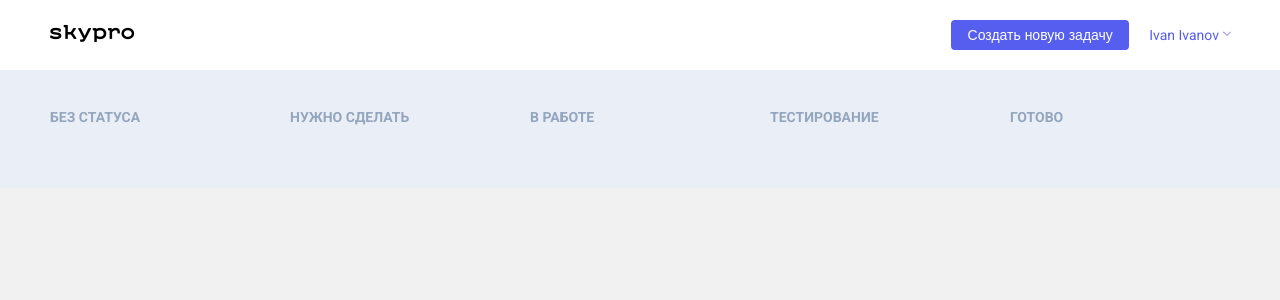
Repository: Olchik-resh/skypro-kanban
Page: /
These files come from the project's save history. The page is drawn as it stood at one moment and after the next save; the edit follows.
The browser window is 1280 px wide. The pictures show the whole page.
The project was rebuilt for these pictures with package versions that can differ from the ones it lists, and the page was loaded fresh each time. Also part of the build but not shown: vite.config.js, src/components/TaskCard.vue.

Above is the page before, as saved 2025-07-28 16:46:24.

### index.html
<!doctype html>
<html lang="">
  <head>
    <meta charset="UTF-8" />
    <link rel="icon" href="/public/favicon.ico" />
    <meta name="viewport" content="width=device-width, initial-scale=1.0" />
    <link rel="preconnect" href="https://fonts.googleapis.com" />
    <link rel="preconnect" href="https://fonts.gstatic.com" crossorigin />
    <link
      href="https://fonts.googleapis.com/css2?family=Roboto+Flex:opsz,wght@8..144,200;8..144,300;8..144,400;8..144,700;8..144,800;8..144,900&family=Roboto:wght@400;500;700&display=swap"
      rel="stylesheet"
    />
    <title>Skypro</title>
  </head>
  <body>
    <div id="app"></div>
    <script type="module" src="/src/main.js"></script>
  </body>
</html>

### src/views/HomeView.vue
<script setup>
import BaseHeader from '@/components/BaseHeader.vue'
import ExitModal from '@/components/ExitModal.vue'
import NewCardModal from '@/components/NewCardModal.vue'
import TaskDesk from '@/components/TaskDesk.vue'
import { onMounted, ref } from 'vue'

const loading = ref(true)
onMounted(() => {
  setTimeout(() => {
    loading.value = false
  }, 3000)
})
</script>

<template>
  <main>
    <div class="wrapper">
      <!-- pop-up start-->

      <div class="pop-exit" id="popExit">
        <ExitModal />
      </div>

      <div class="pop-new-card" id="popNewCard">
        <NewCardModal />
      </div>

      <div class="pop-browse" id="popBrowse">
        <div class="pop-browse__container">
          <div class="pop-browse__block">
            <div class="pop-browse__content">
              <div class="pop-browse__top-block">
                <h3 class="pop-browse__ttl">Название задачи</h3>
                <div class="categories__theme theme-top _orange _active-category">
                  <p class="_orange">Web Design</p>
                </div>
              </div>
              <div class="pop-browse__status status">
                <p class="status__p subttl">Статус</p>
                <div class="status__themes">
                  <div class="status__theme _hide">
                    <p>Без статуса</p>
                  </div>
                  <div class="status__theme _gray">
                    <p class="_gray">Нужно сделать</p>
                  </div>
                  <div class="status__theme _hide">
                    <p>В работе</p>
                  </div>
                  <div class="status__theme _hide">
                    <p>Тестирование</p>
                  </div>
                  <div class="status__theme _hide">
                    <p>Готово</p>
                  </div>
                </div>
              </div>
              <div class="pop-browse__wrap">
                <form class="pop-browse__form form-browse" id="formBrowseCard" action="#">
                  <div class="form-browse__block">
                    <label for="textArea01" class="subttl">Описание задачи</label>
                    <textarea
                      class="form-browse__area"
                      name="text"
                      id="textArea01"
                      readonly
                      placeholder="Введите описание задачи..."
                    ></textarea>
                  </div>
                </form>
                <div class="pop-new-card__calendar calendar">
                  <p class="calendar__ttl subttl">Даты</p>
                  <div class="calendar__block">
                    <div class="calendar__nav">
                      <div class="calendar__month">Сентябрь 2023</div>
                      <div class="nav__actions">
                        <div class="nav__action" data-action="prev">
                          <svg
                            xmlns="http://www.w3.org/2000/svg"
                            width="6"
                            height="11"
                            viewBox="0 0 6 11"
                          >
                            <path
                              d="M5.72945 1.95273C6.09018 1.62041 6.09018 1.0833 5.72945 0.750969C5.36622 0.416344 4.7754 0.416344 4.41218 0.750969L0.528487 4.32883C-0.176162 4.97799 -0.176162 6.02201 0.528487 6.67117L4.41217 10.249C4.7754 10.5837 5.36622 10.5837 5.72945 10.249C6.09018 9.9167 6.09018 9.37959 5.72945 9.04727L1.87897 5.5L5.72945 1.95273Z"
                            />
                          </svg>
                        </div>
                        <div class="nav__action" data-action="next">
                          <svg
                            xmlns="http://www.w3.org/2000/svg"
                            width="6"
                            height="11"
                            viewBox="0 0 6 11"
                          >
                            <path
                              d="M0.27055 9.04727C-0.0901833 9.37959 -0.0901832 9.9167 0.27055 10.249C0.633779 10.5837 1.2246 10.5837 1.58783 10.249L5.47151 6.67117C6.17616 6.02201 6.17616 4.97799 5.47151 4.32883L1.58782 0.75097C1.2246 0.416344 0.633778 0.416344 0.270549 0.75097C-0.0901831 1.0833 -0.090184 1.62041 0.270549 1.95273L4.12103 5.5L0.27055 9.04727Z"
                            />
                          </svg>
                        </div>
                      </div>
                    </div>
                    <div class="calendar__content">
                      <div class="calendar__days-names">
                        <div class="calendar__day-name">пн</div>
                        <div class="calendar__day-name">вт</div>
                        <div class="calendar__day-name">ср</div>
                        <div class="calendar__day-name">чт</div>
                        <div class="calendar__day-name">пт</div>
                        <div class="calendar__day-name -weekend-">сб</div>
                        <div class="calendar__day-name -weekend-">вс</div>
                      </div>
                      <div class="calendar__cells">
                        <div class="calendar__cell _other-month">28</div>
                        <div class="calendar__cell _other-month">29</div>
                        <div class="calendar__cell _other-month">30</div>
                        <div class="calendar__cell _cell-day">31</div>
                        <div class="calendar__cell _cell-day">1</div>
                        <div class="calendar__cell _cell-day _weekend">2</div>
                        <div class="calendar__cell _cell-day _weekend">3</div>
                        <div class="calendar__cell _cell-day">4</div>
                        <div class="calendar__cell _cell-day">5</div>
                        <div class="calendar__cell _cell-day">6</div>
                        <div class="calendar__cell _cell-day">7</div>
                        <div class="calendar__cell _cell-day _current">8</div>
                        <div class="calendar__cell _cell-day _weekend _active-day">9</div>
                        <div class="calendar__cell _cell-day _weekend">10</div>
                        <div class="calendar__cell _cell-day">11</div>
                        <div class="calendar__cell _cell-day">12</div>
                        <div class="calendar__cell _cell-day">13</div>
                        <div class="calendar__cell _cell-day">14</div>
                        <div class="calendar__cell _cell-day">15</div>
                        <div class="calendar__cell _cell-day _weekend">16</div>
                        <div class="calendar__cell _cell-day _weekend">17</div>
                        <div class="calendar__cell _cell-day">18</div>
                        <div class="calendar__cell _cell-day">19</div>
                        <div class="calendar__cell _cell-day">20</div>
                        <div class="calendar__cell _cell-day">21</div>
                        <div class="calendar__cell _cell-day">22</div>
                        <div class="calendar__cell _cell-day _weekend">23</div>
                        <div class="calendar__cell _cell-day _weekend">24</div>
                        <div class="calendar__cell _cell-day">25</div>
                        <div class="calendar__cell _cell-day">26</div>
                        <div class="calendar__cell _cell-day">27</div>
                        <div class="calendar__cell _cell-day">28</div>
                        <div class="calendar__cell _cell-day">29</div>
                        <div class="calendar__cell _cell-day _weekend">30</div>
                        <div class="calendar__cell _other-month _weekend">1</div>
                      </div>
                    </div>

                    <input type="hidden" id="datepick_value" value="08.09.2023" />
                    <div class="calendar__period">
                      <p class="calendar__p date-end">
                        Срок исполнения: <span class="date-control">09.09.23</span>
                      </p>
                    </div>
                  </div>
                </div>
              </div>
              <div class="theme-down__categories theme-down">
                <p class="categories__p subttl">Категория</p>
                <div class="categories__theme _orange _active-category">
                  <p class="_orange">Web Design</p>
                </div>
              </div>
              <div class="pop-browse__btn-browse">
                <div class="btn-group">
                  <button class="btn-browse__edit _btn-bor _hover03">
                    <a href="#">Редактировать задачу</a>
                  </button>
                  <button class="btn-browse__delete _btn-bor _hover03">
                    <a href="#">Удалить задачу</a>
                  </button>
                </div>
                <button class="btn-browse__close _btn-bg _hover01"><a href="#">Закрыть</a></button>
              </div>
              <div class="pop-browse__btn-edit _hide">
                <div class="btn-group">
                  <button class="btn-edit__edit _btn-bg _hover01"><a href="#">Сохранить</a></button>
                  <button class="btn-edit__edit _btn-bor _hover03"><a href="#">Отменить</a></button>
                  <button class="btn-edit__delete _btn-bor _hover03" id="btnDelete">
                    <a href="#">Удалить задачу</a>
                  </button>
                </div>
                <button class="btn-edit__close _btn-bg _hover01"><a href="#">Закрыть</a></button>
              </div>
            </div>
          </div>
        </div>
      </div>

      <!-- pop-up end-->
      <BaseHeader />
      <div class="loader" v-if="loading">Данные загружаются...</div>
      <TaskDesk v-else :loading="loading" />
    </div>
  </main>
</template>

### src/components/BaseHeader.vue
<template>
  <header class="header">
    <div class="container">
      <div class="header__block">
        <div class="header__logo _show _light">
          <a href="" target="_self"><img src="/src/assets/images/logo.png" alt="logo" /></a>
        </div>
        <div class="header__logo _dark">
          <a href="" target="_self"><img src="/src/assets/images/logo_dark.png" alt="logo" /></a>
        </div>
        <nav class="header__nav">
          <button class="header__btn-main-new _hover01" id="btnMainNew">
            <a href="#popNewCard">Создать новую задачу</a>
          </button>
          <UserModal />
        </nav>
      </div>
    </div>
  </header>
</template>

<script setup>
import UserModal from './UserModal.vue'
</script>

<style lang="scss" scoped></style>

### src/components/ExitModal.vue
<template>
  <div class="pop-exit__container">
    <div class="pop-exit__block">
      <div class="pop-exit__ttl">
        <h2>Выйти из аккаунта?</h2>
      </div>
      <form class="pop-exit__form" id="formExit" action="#">
        <div class="pop-exit__form-group">
          <button class="pop-exit__exit-yes _hover01" id="exitYes">
            <a href="modal/signin.html">Да, выйти</a>
          </button>
          <button class="pop-exit__exit-no _hover03" id="exitNo">
            <a href="main.html">Нет, остаться</a>
          </button>
        </div>
      </form>
    </div>
  </div>
</template>

<script setup></script>

<style lang="scss" scoped></style>

### src/components/NewCardModal.vue
<template>
  <div class="pop-new-card__container">
    <div class="pop-new-card__block">
      <div class="pop-new-card__content">
        <h3 class="pop-new-card__ttl">Создание задачи</h3>
        <a href="#" class="pop-new-card__close">&#10006;</a>
        <div class="pop-new-card__wrap">
          <form class="pop-new-card__form form-new" id="formNewCard" action="#">
            <div class="form-new__block">
              <label for="formTitle" class="subttl">Название задачи</label>
              <input
                class="form-new__input"
                type="text"
                name="name"
                id="formTitle"
                placeholder="Введите название задачи..."
                autofocus
              />
            </div>
            <div class="form-new__block">
              <label for="textArea" class="subttl">Описание задачи</label>
              <textarea
                class="form-new__area"
                name="text"
                id="textArea"
                placeholder="Введите описание задачи..."
              ></textarea>
            </div>
          </form>
          <div class="pop-new-card__calendar calendar">
            <p class="calendar__ttl subttl">Даты</p>
            <div class="calendar__block">
              <div class="calendar__nav">
                <div class="calendar__month">Сентябрь 2023</div>
                <div class="nav__actions">
                  <div class="nav__action" data-action="prev">
                    <svg
                      xmlns="http://www.w3.org/2000/svg"
                      width="6"
                      height="11"
                      viewBox="0 0 6 11"
                    >
                      <path
                        d="M5.72945 1.95273C6.09018 1.62041 6.09018 1.0833 5.72945 0.750969C5.36622 0.416344 4.7754 0.416344 4.41218 0.750969L0.528487 4.32883C-0.176162 4.97799 -0.176162 6.02201 0.528487 6.67117L4.41217 10.249C4.7754 10.5837 5.36622 10.5837 5.72945 10.249C6.09018 9.9167 6.09018 9.37959 5.72945 9.04727L1.87897 5.5L5.72945 1.95273Z"
                      />
                    </svg>
                  </div>
                  <div class="nav__action" data-action="next">
                    <svg
                      xmlns="http://www.w3.org/2000/svg"
                      width="6"
                      height="11"
                      viewBox="0 0 6 11"
                    >
                      <path
                        d="M0.27055 9.04727C-0.0901833 9.37959 -0.0901832 9.9167 0.27055 10.249C0.633779 10.5837 1.2246 10.5837 1.58783 10.249L5.47151 6.67117C6.17616 6.02201 6.17616 4.97799 5.47151 4.32883L1.58782 0.75097C1.2246 0.416344 0.633778 0.416344 0.270549 0.75097C-0.0901831 1.0833 -0.090184 1.62041 0.270549 1.95273L4.12103 5.5L0.27055 9.04727Z"
                      />
                    </svg>
                  </div>
                </div>
              </div>
              <div class="calendar__content">
                <div class="calendar__days-names">
                  <div class="calendar__day-name">пн</div>
                  <div class="calendar__day-name">вт</div>
                  <div class="calendar__day-name">ср</div>
                  <div class="calendar__day-name">чт</div>
                  <div class="calendar__day-name">пт</div>
                  <div class="calendar__day-name -weekend-">сб</div>
                  <div class="calendar__day-name -weekend-">вс</div>
                </div>
                <div class="calendar__cells">
                  <div class="calendar__cell _other-month">28</div>
                  <div class="calendar__cell _other-month">29</div>
                  <div class="calendar__cell _other-month">30</div>
                  <div class="calendar__cell _cell-day">31</div>
                  <div class="calendar__cell _cell-day">1</div>
                  <div class="calendar__cell _cell-day _weekend">2</div>
                  <div class="calendar__cell _cell-day _weekend">3</div>
                  <div class="calendar__cell _cell-day">4</div>
                  <div class="calendar__cell _cell-day">5</div>
                  <div class="calendar__cell _cell-day">6</div>
                  <div class="calendar__cell _cell-day">7</div>
                  <div class="calendar__cell _cell-day _current">8</div>
                  <div class="calendar__cell _cell-day _weekend">9</div>
                  <div class="calendar__cell _cell-day _weekend">10</div>
                  <div class="calendar__cell _cell-day">11</div>
                  <div class="calendar__cell _cell-day">12</div>
                  <div class="calendar__cell _cell-day">13</div>
                  <div class="calendar__cell _cell-day">14</div>
                  <div class="calendar__cell _cell-day">15</div>
                  <div class="calendar__cell _cell-day _weekend">16</div>
                  <div class="calendar__cell _cell-day _weekend">17</div>
                  <div class="calendar__cell _cell-day">18</div>
                  <div class="calendar__cell _cell-day">19</div>
                  <div class="calendar__cell _cell-day">20</div>
                  <div class="calendar__cell _cell-day">21</div>
                  <div class="calendar__cell _cell-day">22</div>
                  <div class="calendar__cell _cell-day _weekend">23</div>
                  <div class="calendar__cell _cell-day _weekend">24</div>
                  <div class="calendar__cell _cell-day">25</div>
                  <div class="calendar__cell _cell-day">26</div>
                  <div class="calendar__cell _cell-day">27</div>
                  <div class="calendar__cell _cell-day">28</div>
                  <div class="calendar__cell _cell-day">29</div>
                  <div class="calendar__cell _cell-day _weekend">30</div>
                  <div class="calendar__cell _other-month _weekend">1</div>
                </div>
              </div>

              <input type="hidden" id="datepick_value" value="08.09.2023" />
              <div class="calendar__period">
                <p class="calendar__p date-end">
                  Выберите срок исполнения <span class="date-control"></span>.
                </p>
              </div>
            </div>
          </div>
        </div>
        <div class="pop-new-card__categories categories">
          <p class="categories__p subttl">Категория</p>
          <div class="categories__themes">
            <div class="categories__theme _orange _active-category">
              <p class="_orange">Web Design</p>
            </div>
            <div class="categories__theme _green">
              <p class="_green">Research</p>
            </div>
            <div class="categories__theme _purple">
              <p class="_purple">Copywriting</p>
            </div>
          </div>
        </div>
        <button class="form-new__create _hover01" id="btnCreate">Создать задачу</button>
      </div>
    </div>
  </div>
</template>

<script setup></script>

<style lang="scss" scoped></style>

### src/components/TaskDesk.vue
<template>
  <main class="main">
    <div class="container">
      <div class="main__block">
        <div class="main__content">
          <TaskColumn :tasks="tasks" title="Без статуса" status="Без статуса" />
          <TaskColumn :tasks="tasks" title="Нужно сделать" status="Нужно сделать" />
          <TaskColumn :tasks="tasks" title="В работе" status="В работе" />
          <TaskColumn :tasks="tasks" title="Тестирование" status="Тестирование" />
          <TaskColumn :tasks="tasks" title="Готово" status="Готово" />
        </div>
      </div>
    </div>
  </main>
</template>

<script setup>
import { computed, onMounted, ref } from 'vue'
import TaskColumn from './TaskColumn.vue'
import { getTasks } from './mokcs/tasks.js'
const tasks = ref([])
onMounted(() => {
  tasks.value = getTasks()
  console.log(tasks.value)
})
const noStatusTask = computed(() => {
  return tasks.value.filter((el) => {
    return el.status === 'Без статуса'
  })
})

const doStatusTask = computed(() => {
  return tasks.value.filter((el) => {
    return el.status === 'Нужно сделать'
  })
})

const workStatusTask = computed(() => {
  return tasks.value.filter((el) => {
    return el.status === 'В работе'
  })
})
const testStatusTask = computed(() => {
  return tasks.value.filter((el) => {
    return el.status === 'Тестирование'
  })
})
const readyStatusTask = computed(() => {
  return tasks.value.filter((el) => {
    return el.status === 'Готово'
  })
})
onMounted(() => {
  tasks.value = getTasks()
})
</script>

<style lang="scss" scoped></style>

### src/components/UserModal.vue
<template>
  <a
    href="#user-set-target"
    class="header__user _hover02"
    @click="isUserModalVisible = !isUserModalVisible"
    >Ivan Ivanov</a
  >
  <div class="header__pop-user-set pop-user-set" id="user-set-target" v-if="!isUserModalVisible">
    <p class="pop-user-set__name">Ivan Ivanov</p>
    <p class="pop-user-set__mail">ivan.ivanov@gmail.com</p>
    <div class="pop-user-set__theme">
      <p>Темная тема</p>
      <input type="checkbox" class="checkbox" name="checkbox" />
    </div>
    <button type="button" class="_hover03"><a href="#popExit">Выйти</a></button>
  </div>
</template>

<script setup>
import { ref } from 'vue'
const isUserModalVisible = ref(true)
</script>

<style lang="scss" scoped></style>

### src/components/TaskColumn.vue
<template>
  <div class="main__column column">
    <div class="column__title">
      <p>{{ title }}</p>
    </div>
    <TaskCard
      v-for="task in filteredTasks"
      :key="task.id"
      :title="task.title"
      :status="task.status"
      :topic="task.topic"
      :date="task.date"
    />
  </div>
</template>

<script setup>
import TaskCard from './TaskCard.vue'

defineProps({
  tasks: { type: Array, required: true },
  title: { type: String, required: true },
  status: { type: String, required: true }
})
</script>

<style lang="scss" scoped></style>

Loaded but not shown: src/App.vue (common file); src/router/index.js (common file); src/components/mokcs/tasks.js (15 lines, source omitted); src/main.js (8 lines, source omitted); src/assets/css/main.css (1107 lines, source omitted)

After the next save:
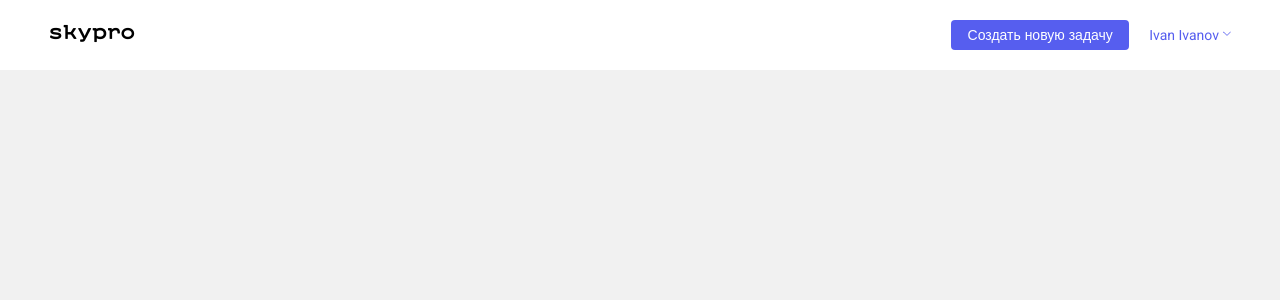
Console error: ReferenceError: computed is not defined
Saved 22 s later.
--- a/src/components/TaskColumn.vue
+++ b/src/components/TaskColumn.vue
@@ -22,6 +22,10 @@ defineProps({
   title: { type: String, required: true },
   status: { type: String, required: true }
 })
+
+const filteredTasks = computed(() => {
+  return tasks.value.filter(task => task.status === status)
+})
 </script>
 
 <style lang="scss" scoped></style>
